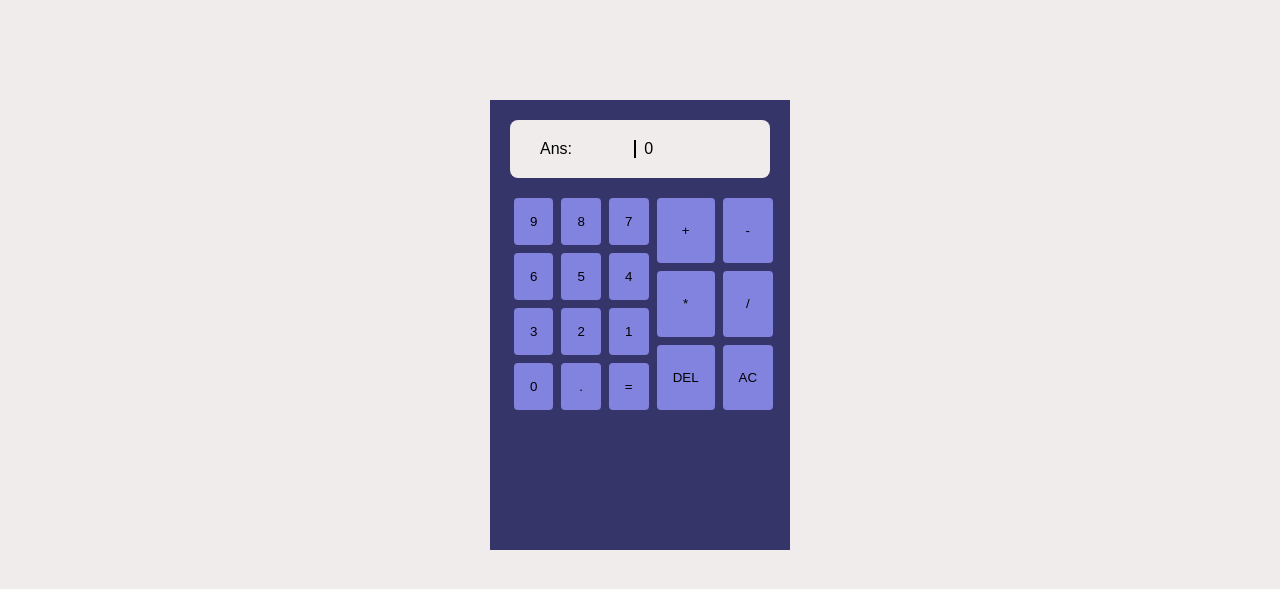
Repository: Bishek666/simple-calculator
Page: /
An editor plug-in stored every save of this project. The page is shown before and after a run of saves, followed by the edit.
The browser window is 1280 px wide. The pictures show the whole page.
The project was rebuilt for these pictures with package versions that can differ from the ones it lists, and the page was loaded fresh each time.

Above is the page before, as saved 2021-10-26 17:08:07.

### src/index.css
:root {
    --primary: #030546c9;
    --secondary: #9699ffc9;
    --dark: #0908088a;
    --light: rgb(240, 236, 236);
}

* {
    margin: 0;
    padding: 0;
    box-sizing: border-box;
    font-family: sans-serif;
}

body {
    background-color: var(--light);
}

button {
    display: inline-block;
    padding: 1rem;
    margin: 4px;
    background-color: var(--secondary);
    outline: none;
    border: transparent;
    border-radius: 4px;
    cursor: pointer;
}

.container-calculator {
    display: flex;
    flex-direction: column;
    align-items: start;
    justify-content: start;
    background-color: var(--primary);
    height: 450px;
    width: 300px;
    margin: 100px auto;
    padding: 20px;
}

.display-calculation {
    display: flex;
    justify-content: space-between;
    align-items: center;
    padding: 20px 30px;
    width: 100%;
    background-color: var(--light);
    border-radius: 8px;
    margin-bottom: 1rem;
}
.answer-area {
    width: 50%;
    border-right: 2px solid black;
    padding-right: 8px;
    margin-right: 8px;
}
.calculation-area {
    width: 50%;
}

.button-input {
    display: flex;
    justify-content: space-between;
    width: 100%;
}

.digits {
    display: grid;
    grid-template-columns: repeat(3, 1fr);
}

.operators {
    display: grid;
    grid-template-columns: repeat(2, 1fr);
}

.operators buttons {
    padding: 10px;
}

### src/App.js
import { useState } from 'react';

function App() {
    const [calc, setCalc] = useState('');
    const [result, setResult] = useState('');

    const ops = ['/', '*', '+', '-', '.'];

    const updateCalc = (value) => {
        if ((ops.includes(value) && calc && !result === '') || (ops.includes(value) && ops.includes(calc.slice(-1)) && !result === '')) {
            return;
        }
        setCalc(calc + value);

        if (!ops.includes(value)) {
            setResult(eval(calc + value).toString());
        }
    };

    const calculate = () => {
        if (calc) {
            setCalc(eval(calc).toString());
        }

        if (!result && !calc === '') {
            return;
        }
        if (result && !calc) {
            setCalc(result);
        }
    };

    const deleteLastValue = () => {
        if (calc === '') {
            return;
        }

        setCalc(calc.slice(0, -1));
    };

    const resetAll = () => {
        if (calc === '') {
            return;
        }

        setCalc('');
    };

    const addDigits = () => {
        const digits = [];

        for (let i = 1; i < 10; i++) {
            digits.unshift(
                <button onClick={() => updateCalc(i.toString())} key={i}>
                    {i}
                </button>
            );
        }

        return digits;
    };
    return (
        <div className='container-calculator'>
            <div className='display-calculation'>
                <div className='answer-area'>Ans:{result ? <span>({result})</span> : ''}</div>

                <div className='calculation-area'>{calc || '0'}</div>
            </div>
            <div className='button-input'>
                <div className='digits'>
                    {addDigits()}
                    <button onClick={() => updateCalc('0')}>0</button>
                    <button onClick={() => updateCalc('.')}>.</button>
                    <button onClick={calculate}>=</button>
                </div>
                <div className='operators'>
                    <button onClick={() => updateCalc('+')}>+</button>
                    <button onClick={() => updateCalc('-')}>-</button>
                    <button onClick={() => updateCalc('*')}>*</button>
                    <button onClick={() => updateCalc('/')}>/</button>
                    <button onClick={() => deleteLastValue()}>DEL</button>
                    <button onClick={() => resetAll()}>AC</button>
                </div>
            </div>
        </div>
    );
}

export default App;

Loaded but not shown: public/index.html (common file); src/index.js (common file)

After the next 3 saves:
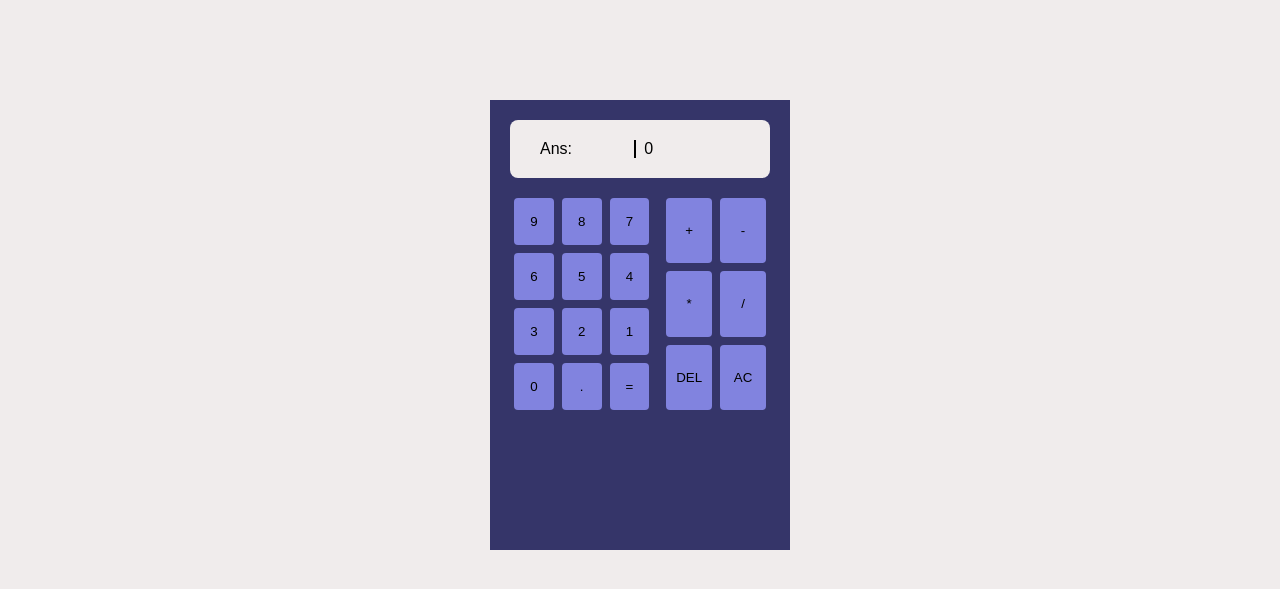
The 3 saves are shown as one change because they came seconds apart.
The last was saved 11 s later.
--- a/src/index.css
+++ b/src/index.css
@@ -75,6 +75,6 @@ button {
     grid-template-columns: repeat(2, 1fr);
 }
 
-.operators buttons {
+.operators button {
     padding: 10px;
 }
